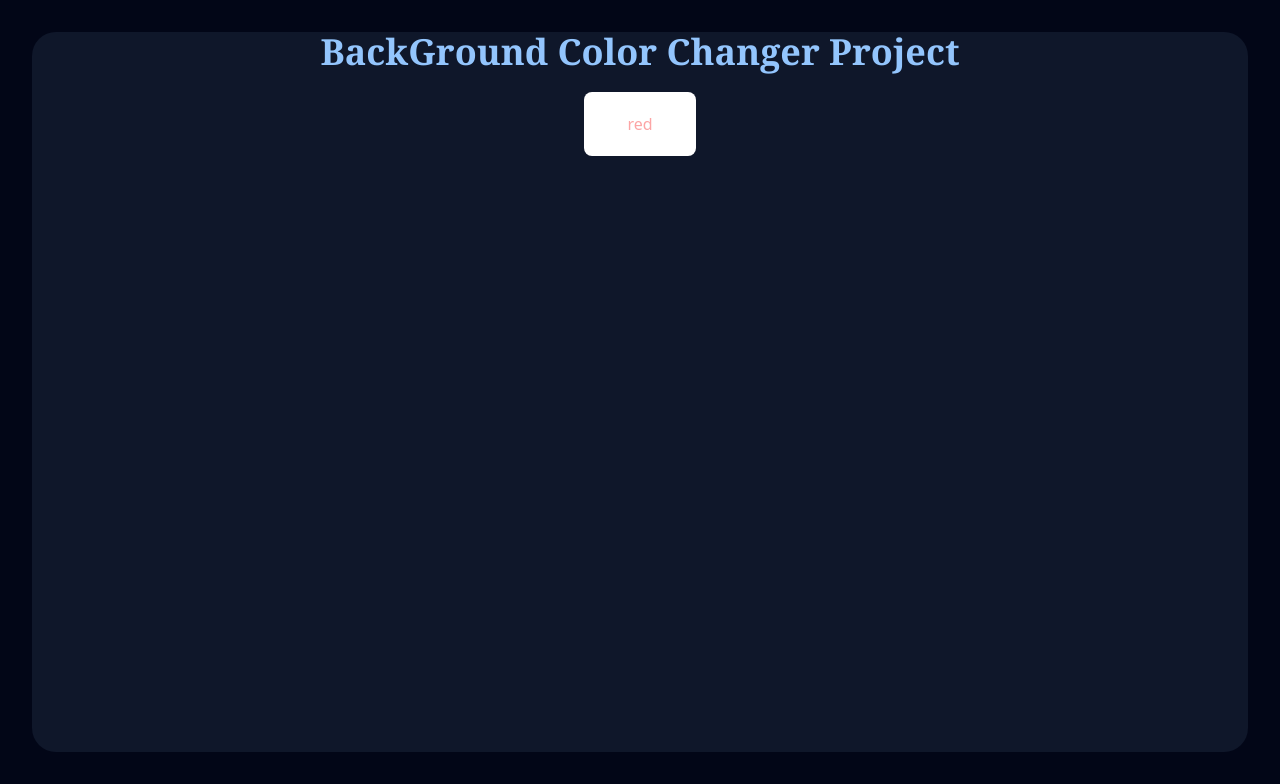
Repository: ChaitanyMishra/react-daily-work
Page: / (app in day-04-react/bg_color_changer/)
These files come from the project's save history. The page is drawn as it stood at one moment and after a run of saves; the edit follows.
The browser window is 1280 px wide. The pictures show the whole page.
The project was rebuilt for these pictures with package versions that can differ from the ones it lists, and the page was loaded fresh each time. Also part of the build but not shown: day-04-react/bg_color_changer/vite.config.js.

Above is the page before, as saved 2025-06-20 16:51:11.

### day-04-react/bg_color_changer/src/index.css
@tailwind base;
@tailwind components;
@tailwind utilities;
body{
  @apply bg-slate-950
}

### day-04-react/bg_color_changer/src/App.jsx
import {useState } from 'react'
import ChangeBgColor from './backGrounColorChanger/bgChange'
import  ColorChangeButton from './backGrounColorChanger/buttonComponent'
import './App.css'

function App() {
  const [colorState , changeColor] = useState("olvie")

  return (
    <div className='w-full h-screen bg-slate-900 rounded-3xl overflow-auto'>
    <h1 className='text-4xl font-serif font-bold text-blue-300 '>BackGround Color Changer Project</h1>
     <button className="bg-white text-red-300 m-5 p-5 rounded-lg w-[7rem]  ">red</button>
    <ColorChangeButton />
    </div>
  )
}

export default App

### day-04-react/bg_color_changer/src/backGrounColorChanger/bgChange.jsx
export default function ChangeBgColor(){



}

### day-04-react/bg_color_changer/src/backGrounColorChanger/buttonComponent.jsx
export default function ColorChangeButton(){
    <button className="bg-white text-red-300">red</button>
}

Loaded but not shown: day-04-react/bg_color_changer/index.html (common file); day-04-react/bg_color_changer/src/main.jsx (common file); day-04-react/bg_color_changer/src/App.css (common file); day-04-react/bg_color_changer/tailwind.config.js (common file)

After the next 4 saves:
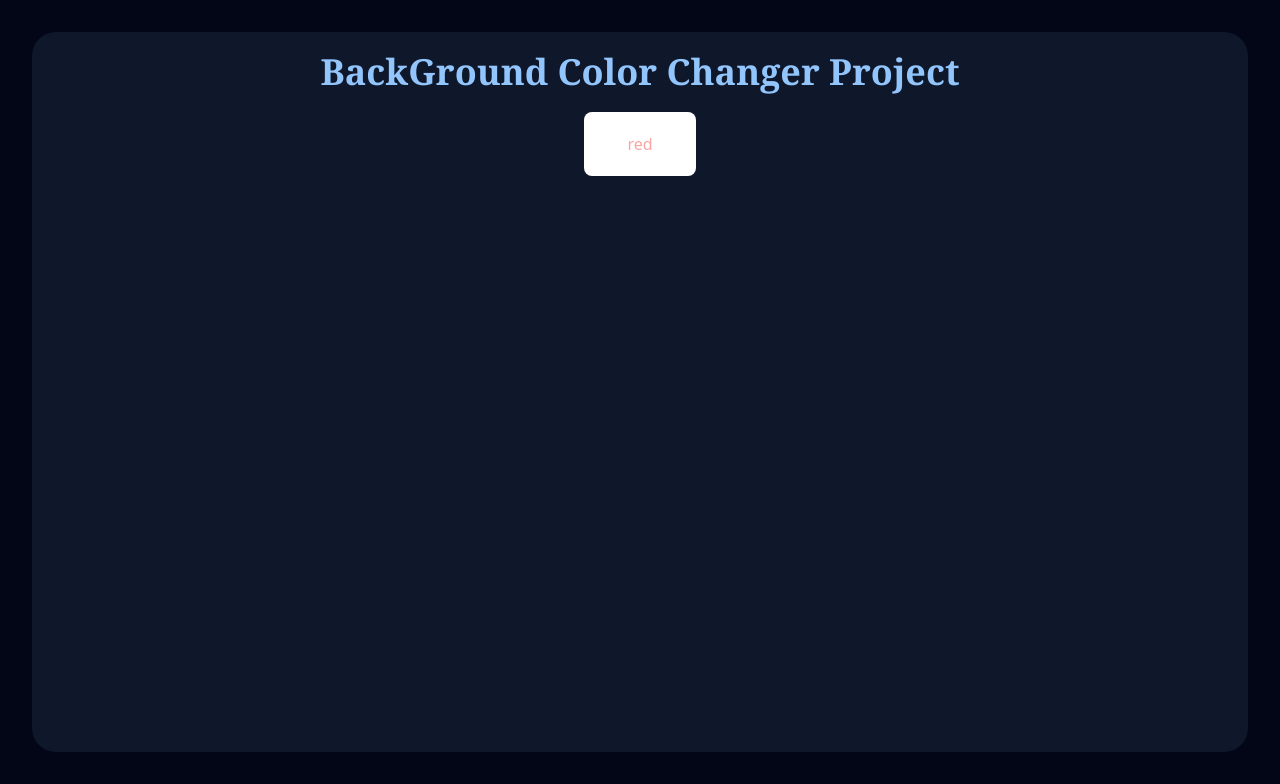
The 4 saves are shown as one change because they came seconds apart.
The last was saved 11 s later.
--- a/day-04-react/bg_color_changer/src/App.jsx
+++ b/day-04-react/bg_color_changer/src/App.jsx
@@ -8,7 +8,7 @@ function App() {
 
   return (
     <div className='w-full h-screen bg-slate-900 rounded-3xl overflow-auto'>
-    <h1 className='text-4xl font-serif font-bold text-blue-300 '>BackGround Color Changer Project</h1>
+    <h1 className=' mt-5 text-4xl font-serif font-bold text-blue-300 '>BackGround Color Changer Project</h1>
      <button className="bg-white text-red-300 m-5 p-5 rounded-lg w-[7rem]  ">red</button>
     <ColorChangeButton />
     </div>
